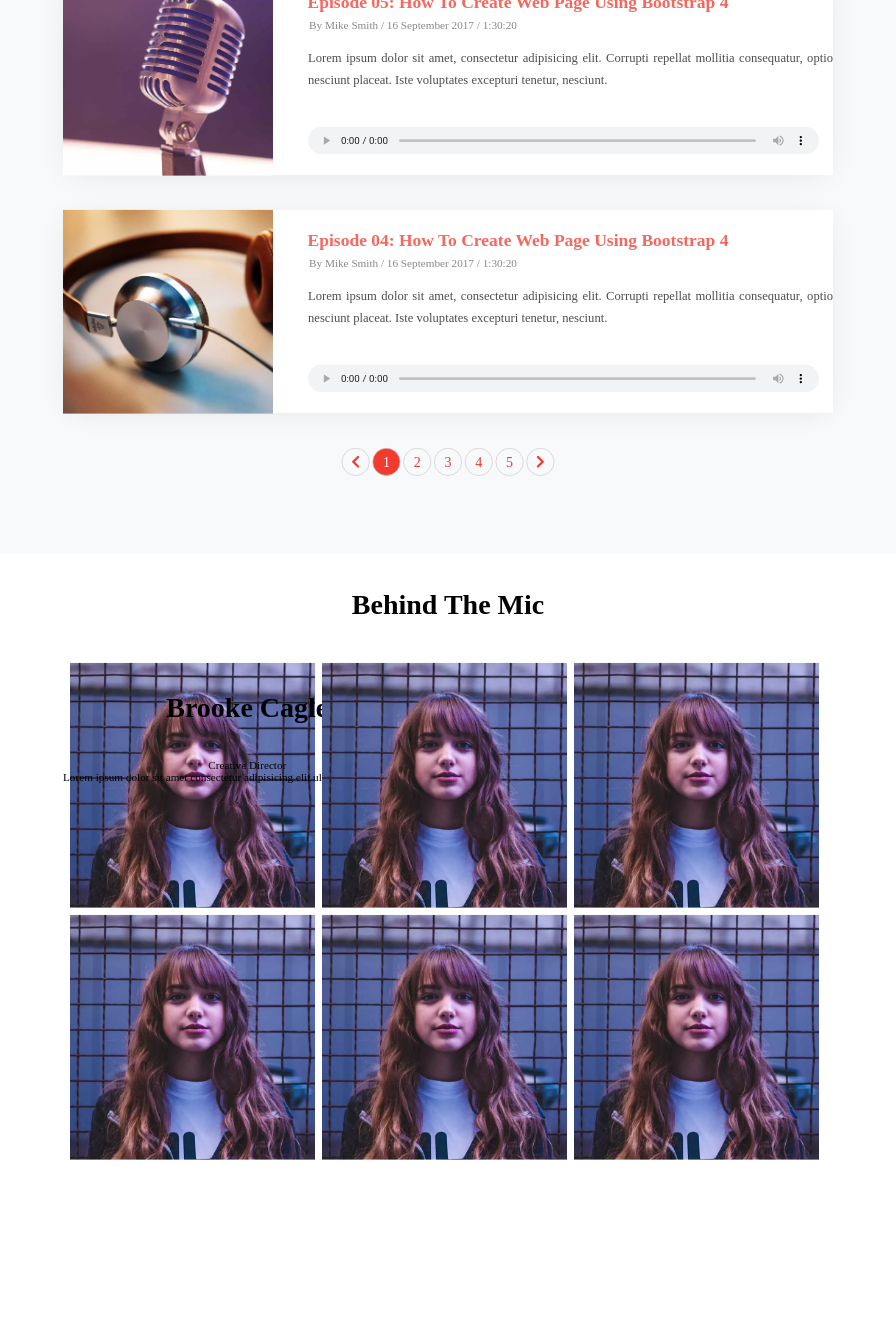
Repository: nhutduy0803/template2
Page: index.html
An editor plug-in stored every save of this project. The page is shown before and after the next save, followed by the edit.
The browser window is 1280 px wide. The pictures show the part of the page from y = 2077 to 3997 px (the page is 3997 px tall), at 70% of full size.

Above is the page before, as saved 2021-12-09 13:42:48.

### index.html
<!DOCTYPE html>
<html lang="en">
  <head>
    <meta charset="UTF-8" />
    <meta http-equiv="X-UA-Compatible" content="IE=edge" />
    <meta name="viewport" content="width=device-width, initial-scale=1.0" />
    <link rel="stylesheet" href="./assets/css/style.css" />
    <link
      rel="stylesheet"
      href="./assets/css/font/fontawesome-free-5.15.4-web/css/all.min.css"
    />
    <title>Document</title>
  </head>
  <body>
    <script src="./main.js"></script>
    <div class="slider">
      <h2>Podca</h2>
      <img
        src="./assets/css/img/xhero_bg_1.jpg.pagespeed.ic.EJCcE-mhd6.webp"
        alt=""
      />
      <h3>Episode 09: How To Create Web Page Using Bootstrap 4</h3>
      <span>By Mike Smith | 16 September 2017 | 1:30:20</span>
      <div class="subslider">READ THE TRANSCRIPT</div>
      <div class="menu" onclick="openmenu()">
        <i class="fas fa-bars"></i>
      </div>
      <div class="sub-menu">
        <i class="fas fa-times" onclick="closemenu()"></i>
        <div class="home-menu">
          <p>Home</p>
          <i onclick="subhome()" class="fas fa-caret-down"></i>

          <div class="sub-home">
            <li>Menu One</li>
            <li>Menu Two</li>
            <li>Menu Three</li>
            <li>Sub Menu</li>
          </div>
          <div class="drop-down">
            <p>DropDown</p>
            <i onclick="subdropdown() " class="fas fa-caret-down"></i>
            <div class="sub-dropdown">
              <li>Menu One</li>
              <li>Menu two</li>
              <li>Menu three</li>
            </div>
          </div>

          <p>About</p>
          <p>Contact</p>
        </div>
      </div>
    </div>
    <div class="audio">
      <audio class="audio-one" controls>
        <source src="" type="audio/ogg" />
        <source src="" type="audio/mpeg" />
      </audio>
    </div>
    <div class="RecentPodcasts">
      <h2>Recent Podcasts</h2>
      <div class="container">
        <div class="img-pod">
          <img src="./assets/css/img/pod1.webp" alt="" />
        </div>
        <div class="content-pod">
          <h3>Episode 08: How To Create Web Page Using Bootstrap 4</h3>
          <span>By Mike Smith / 16 September 2017 / 1:30:20</span>
          <p>
            Lorem ipsum dolor sit amet, consectetur adipisicing elit. Corrupti
            repellat mollitia consequatur, optio nesciunt placeat. Iste
            voluptates excepturi tenetur, nesciunt.
          </p>
          <audio class="audiopod" controls>
            <source src="" type="audio/mpeg" />
          </audio>
        </div>
      </div>
      <div class="container">
        <div class="img-pod">
          <img src="./assets/css/img/pod2.webp" alt="" />
        </div>
        <div class="content-pod">
          <h3>Episode 07: How To Create Web Page Using Bootstrap 4</h3>
          <span>By Mike Smith / 16 September 2017 / 1:30:20</span>
          <p>
            Lorem ipsum dolor sit amet, consectetur adipisicing elit. Corrupti
            repellat mollitia consequatur, optio nesciunt placeat. Iste
            voluptates excepturi tenetur, nesciunt.
          </p>
          <audio class="audiopod" controls>
            <source src="" type="audio/mpeg" />
          </audio>
        </div>
      </div>
      <div class="container">
        <div class="img-pod">
          <img src="./assets/css/img/pod3.webp" alt="" />
        </div>
        <div class="content-pod">
          <h3>Episode 06: How To Create Web Page Using Bootstrap 4</h3>
          <span>By Mike Smith / 16 September 2017 / 1:30:20</span>
          <p>
            Lorem ipsum dolor sit amet, consectetur adipisicing elit. Corrupti
            repellat mollitia consequatur, optio nesciunt placeat. Iste
            voluptates excepturi tenetur, nesciunt.
          </p>
          <audio class="audiopod" controls>
            <source src="" type="audio/mpeg" />
          </audio>
        </div>
      </div>
      <div class="container">
        <div class="img-pod">
          <img src="./assets/css/img/pod4.webp" alt="" />
        </div>
        <div class="content-pod">
          <h3>Episode 05: How To Create Web Page Using Bootstrap 4</h3>
          <span>By Mike Smith / 16 September 2017 / 1:30:20</span>
          <p>
            Lorem ipsum dolor sit amet, consectetur adipisicing elit. Corrupti
            repellat mollitia consequatur, optio nesciunt placeat. Iste
            voluptates excepturi tenetur, nesciunt.
          </p>
          <audio class="audiopod" controls>
            <source src="" type="audio/mpeg" />
          </audio>
        </div>
      </div>
      <div class="container">
        <div class="img-pod">
          <img src="./assets/css/img/pod5.webp" alt="" />
        </div>
        <div class="content-pod">
          <h3>Episode 04: How To Create Web Page Using Bootstrap 4</h3>
          <span>By Mike Smith / 16 September 2017 / 1:30:20</span>
          <p>
            Lorem ipsum dolor sit amet, consectetur adipisicing elit. Corrupti
            repellat mollitia consequatur, optio nesciunt placeat. Iste
            voluptates excepturi tenetur, nesciunt.
          </p>
          <audio class="audiopod" controls>
            <source src="" type="audio/mpeg" />
          </audio>
        </div>
      </div>
    </div>
    <div class="list-pod">
      <li><i class="fas fa-chevron-left"></i></li>
      <li>1</li>
      <li>2</li>
      <li>3</li>
      <li>4</li>
      <li>5</li>
      <li><i class="fas fa-chevron-right"></i></li>
    </div>
    <div class="BehindTheMic">
      <h2>Behind The Mic</h2>
      <div class="container-behind">
        <div class="picture-behind">
          <img src="./assets/css/img/behind1.webp" alt="" />
        </div>
        <div class="content-behind">
          <h2>Brooke Cagle</h2>
          <span>Creative Director</span>
          <p>
            Lorem ipsum dolor sit amet consectetur adipisicing elit ullam
            reprehenderit nemo.
          </p>
        </div>
      </div>
      <div class="container-behind">
        <div class="picture-behind">
          <img src="./assets/css/img/behind1.webp" alt="" />
        </div>
      </div>
      <div class="container-behind">
        <div class="picture-behind">
          <img src="./assets/css/img/behind1.webp" alt="" />
        </div>
      </div>
      <div class="container-behind">
        <div class="picture-behind">
          <img src="./assets/css/img/behind1.webp" alt="" />
        </div>
      </div>
      <div class="container-behind">
        <div class="picture-behind">
          <img src="./assets/css/img/behind1.webp" alt="" />
        </div>
      </div>
      <div class="container-behind">
        <div class="picture-behind">
          <img src="./assets/css/img/behind1.webp" alt="" />
        </div>
      </div>
    </div>
  </body>
</html>

### assets/css/style.css
* {
  margin: 0;
  padding: 0;
  box-sizing: border-box;
}

.slider {
  width: 100%;
  height: 100vh;
  position: relative;
}

.slider::before {
  content: " ";
  position: absolute;
  top: 0;
  left: 0;
  right: 0;
  bottom: 0;
  background-color: rgba(0, 0, 0, 0.4);
}

.slider img {
  width: 100%;
  height: 100%;
}

.slider h2 {
  position: absolute;
  top: 50px;
  left: 50px;
  color: #fff;
  font-size: 40px;
}
.menu {
  position: absolute;
  right: 50px;
  top: 50px;
  font-size: 30px;
  color: #fff;
}

.slider h3 {
  text-align: center;
  position: absolute;
  transform: translate(-50%);
  top: 30%;
  left: 50%;
  color: #fff;
  font-size: 40px;
  line-height: 1.6;
  font-size: 50px;
}

.slider span {
  position: absolute;
  top: 58%;
  left: 50%;
  transform: translate(-50%);
  color: #ffffff80;
}

.subslider {
  width: 250px;
  background-color: #f23a2e;
  display: flex;
  justify-content: center;
  align-items: center;
  color: #fff;
  font-size: 15px;
  letter-spacing: 2px;
  height: 60px;
  position: absolute;
  top: 65%;
  left: 50%;
  transform: translate(-50%);
  transition: 0.3s;
  border-radius: 5px;
}

.subslider:hover {
  position: absolute;
  top: 64%;
  box-shadow: 0 5px 20px -7px rgba(0, 0, 0, 0.9);
  transition: 0.3s;
}

.sub-menu {
  width: 300px;
  background-color: #fff;
  position: absolute;
  right: -300px;
  top: 0;
  height: 100vh;
  position: fixed;
  transition: 0.3s;
  box-shadow: 0 0 10px rgba(0, 0, 0, 0.4);
}

.sub-menu.openmenu {
  transition: 0.3s;
  right: 0;
}

.sub-menu .fas {
  position: absolute;
  font-size: 25px;
  right: 15px;
  top: 15px;
  transition: 0.2s;
}

.sub-menu .fas:hover {
  transition: 0.2s;
  color: rgb(104, 103, 103);
}

.home-menu {
  margin-top: 100px;
  font-size: 20px;
  margin-left: 15%;
}

.home-menu p {
  margin-bottom: 30px;
  color: #212529;
  transition: 0.3s;
}

.home-menu p:nth-child(2) {
  width: 100%;
  background-color: #fff;
  height: 200px;
}

.home-menu p:hover {
  transition: 0.3s;
  color: #f00;
}

.fa-caret-down {
  margin-top: 85px;
  margin-right: 20px;
}

.drop-down {
  position: relative;
}

.drop-down .fa-caret-down {
  position: absolute;
  top: -85px;
}
.sub-home {
  margin-top: -20px;
  width: 200px;
  height: 0px;
  background-color: #fff;
  visibility: hidden;
  transition: 0.5s;
  opacity: 0;
  margin-bottom: 20px;
}

.sub-home.opensubhome {
  height: 170px;
  visibility: inherit;
  transition: 0.5s;
  opacity: 1;
}

.sub-home li {
  padding: 10px 0px;
  font-weight: 300;
  margin-left: 30px;
  font-size: 17px;
  list-style-type: none;
  /* transition: 0.3s; */
}

.sub-home li:hover {
  transition: 0.3s;
  color: #f00;
}

.sub-dropdown {
  margin-top: -20px;
  background-color: #fff;
  height: 0px;
  width: 200px;
  visibility: hidden;
  transition: 0.3s;
  opacity: 0;
  margin-bottom: 20px;
}

.sub-dropdown li {
  padding-top: 22.5px;
  margin-left: 30px;
  font-weight: 300;
  font-size: 17px;
  list-style-type: none;
  transition: 0.3s;
}

.sub-dropdown li:hover {
  transition: 0.3s;
  color: #f00;
}

.sub-dropdown.opensubdropdown {
  opacity: 1;
  visibility: inherit;
  transition: 0.3s;
  height: 150px;
}

.audio {
  display: flex;
  justify-content: center;
  align-items: center;
  width: 100%;
  background-color: #f8f9fa;
  height: 200px;
}

.audio-one {
  width: 750px;
  height: 40px;
}

.RecentPodcasts {
  background: #f8f9fa;
  height: auto;
  width: 100%;
  text-align: center;
}

.RecentPodcasts h2 {
  font-size: 40px;
  margin-bottom: 50px;
}

.container {
  width: 1100px;
  height: 290px;
  position: relative;
  margin: auto;
  box-shadow: 0 5px 40px -10px rgb(0 0 0 / 10%);
  margin-top: 50px;
}

.img-pod {
  position: absolute;
  top: 0;
  left: 0;
  height: 290px;
  width: 300px;
}

.img-pod img {
  width: 100%;
  height: 100%j;
}

.content-pod {
  padding-top: 30px;
  background: #fff;
  height: 100%;
}

.content-pod h3 {
  font-size: 25px;
  margin-left: 200px;
  color: #f23b2ec4;
  margin-bottom: 10px;
}

.content-pod span {
  margin-left: -100px;
  color: #888;
}

.content-pod p {
  line-height: 1.8;
  margin-top: 20px;
  text-align: justify;
  margin-left: 350px;
  font-size: 18px;
  color: #4d4d4d;
  font-weight: 300;
}

.audiopod {
  margin-top: 50px;
  width: 730px;
  height: 40px;
  margin-left: 330px;
}

.list-pod {
  background: #f8f9fa;
  height: 200px;
  width: 100%;
  text-align: center;
}

.list-pod li {
  padding-top: 7.5px;
  margin-top: 50px;
  list-style-type: none;
  border-radius: 50%;
  height: 40px;
  width: 40px;
  border: 1px solid #ccc;
  display: inline-block;
  color: #f23a2e;
  font-size: 20px;
}

.list-pod li:nth-child(2) {
  font-size: 20px;
  color: #fff;
  background: #f23a2e;
}

.BehindTheMic {
  width: 100%;
  height: 150vh;
  background: #fff;
  text-align: center;
}

.BehindTheMic h2 {
  margin-top: 50px;
  font-size: 40px;
  margin-bottom: 50px;
}

.container-behind {
  margin: auto;
  width: 1100px;
  position: relative;
}

.picture-behind {
  margin-left: 10px;
  float: left;
  width: 350px;
  height: 350px;
  overflow: hidden;
  margin-top: 10px;
  position: relative;
}

.picture-behind img {
  width: 100%;
  height: 100%;
  transition: 0.3s;
  position: relative;
}

.content-behind {
  position: absolute;
}

### main.js
function openmenu() {
  var openmenu = document.querySelector(".sub-menu");
  openmenu.classList.add("openmenu");
}

function closemenu() {
  var openmenu = document.querySelector(".sub-menu");
  openmenu.classList.remove("openmenu");
}

function subhome() {
  var opensubhome = document.querySelector(".sub-home");
  opensubhome.classList.toggle("opensubhome");
}

function subdropdown() {
  var subdropdown = document.querySelector(".sub-dropdown");
  subdropdown.classList.toggle("opensubdropdown");
}

Loaded but not shown: assets/css/font/fontawesome-free-5.15.4-web/css/all.min.css (library)

After the next save:
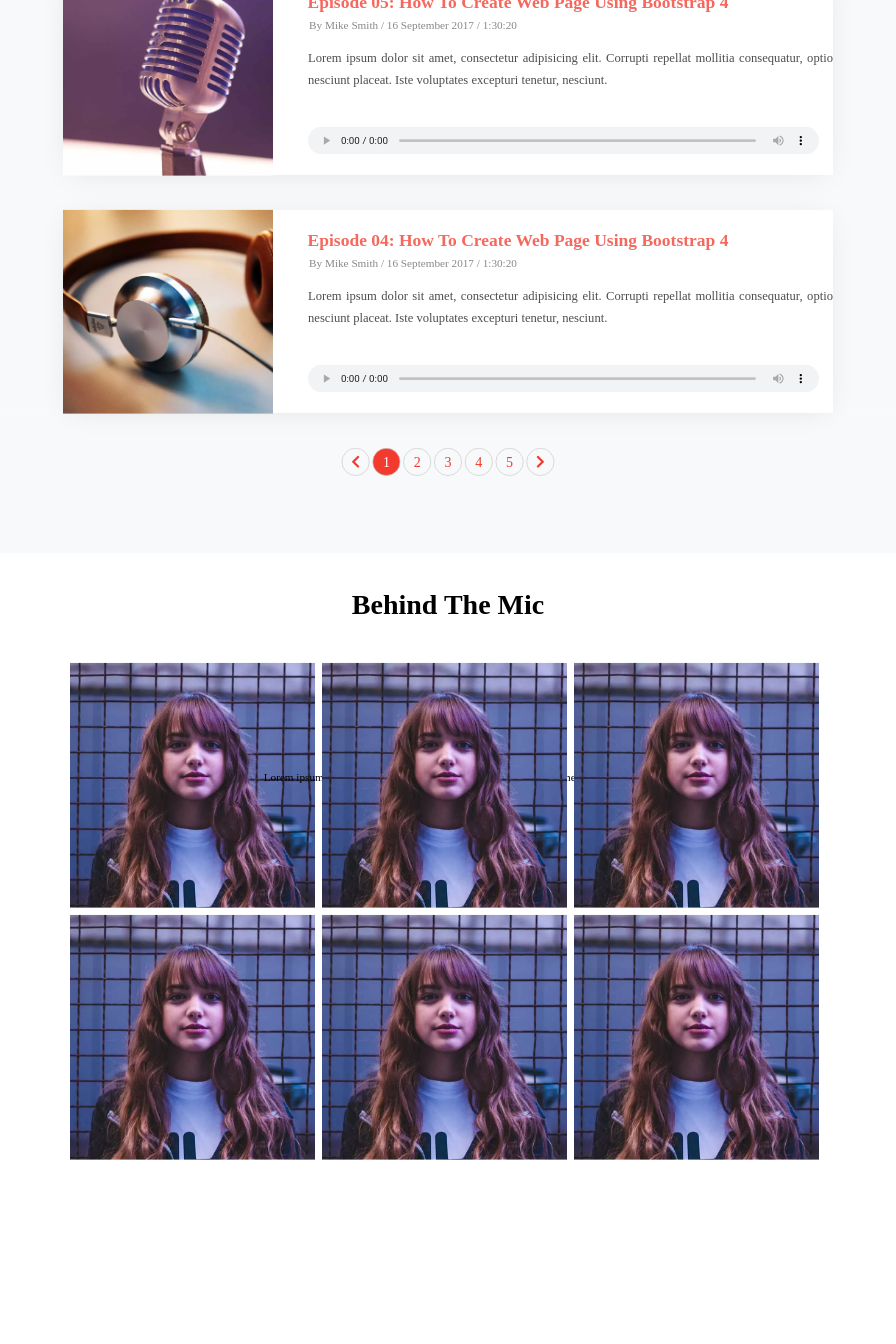
Saved 9 s later.
--- a/assets/css/style.css
+++ b/assets/css/style.css
@@ -361,5 +361,8 @@
 }
 
 .content-behind {
-  position: absolute;
-}
+  width: 100%;
+  height: 100%;
+  background-color: #f23a2e;
+  position: absolute;
+}
